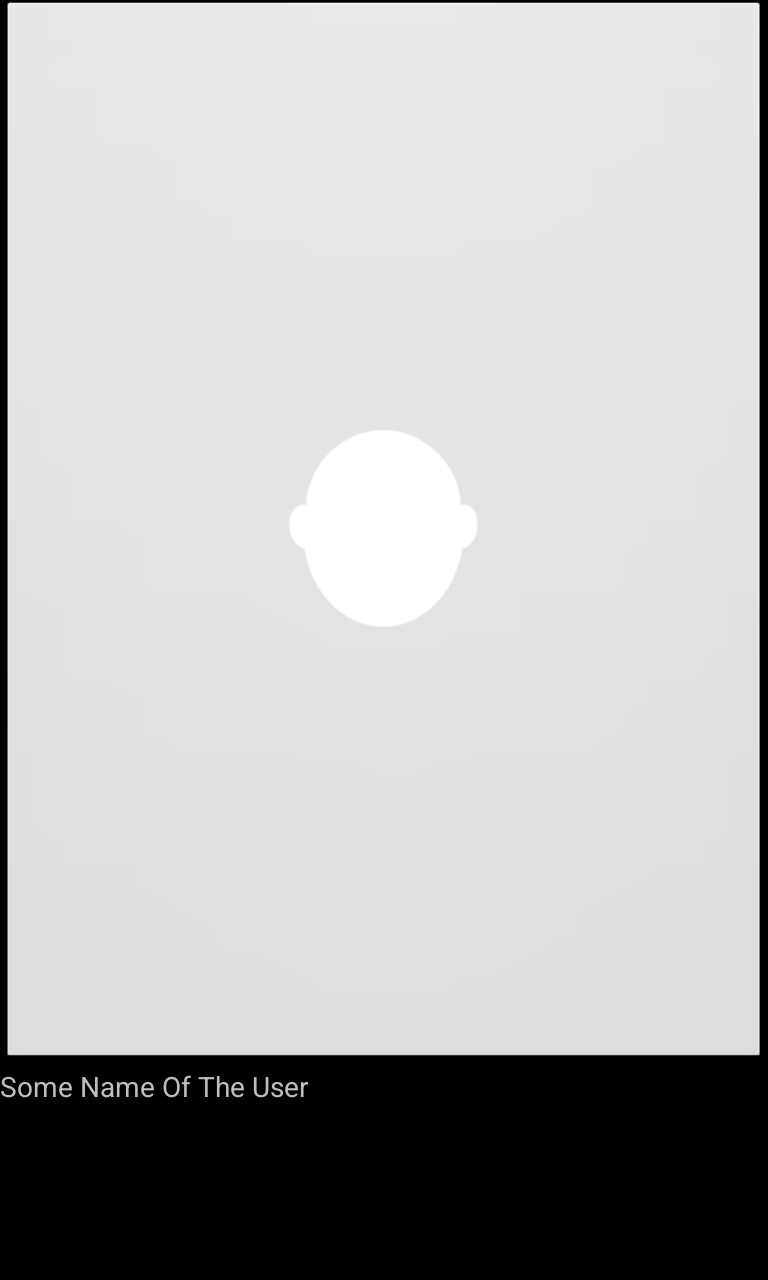
Repository: aikuma/aikuma
Layout: BOLDApp/res/layout/camera.xml
The author's editor kept a copy of each file at every save. The layout is drawn from the files as they stood at one save, then again after the next save.
It is drawn on a 768 x 1280 px phone screen (xhdpi) without system bars, with theme android:Theme; the app's code is not run.

Above is the layout before, as saved 2011-07-29 09:14:01.

### BOLDApp/res/layout/camera.xml
<?xml version="1.0" encoding="utf-8"?>
<LinearLayout xmlns:android="http://schemas.android.com/apk/res/android"
    android:layout_width="fill_parent"
    android:orientation="vertical" android:baselineAligned="false" android:layout_height="wrap_content">
    <ImageButton android:layout_width="match_parent" android:layout_height="match_parent" android:layout_weight="1" android:id="@+id/userImageButton" android:src="@drawable/unknown_user" android:scaleType="centerInside"></ImageButton>
    <TextView android:layout_width="match_parent" android:layout_height="match_parent" android:layout_weight="5" android:id="@+id/userText" android:text="Some Name Of The User"></TextView>
</LinearLayout>

After the next save:
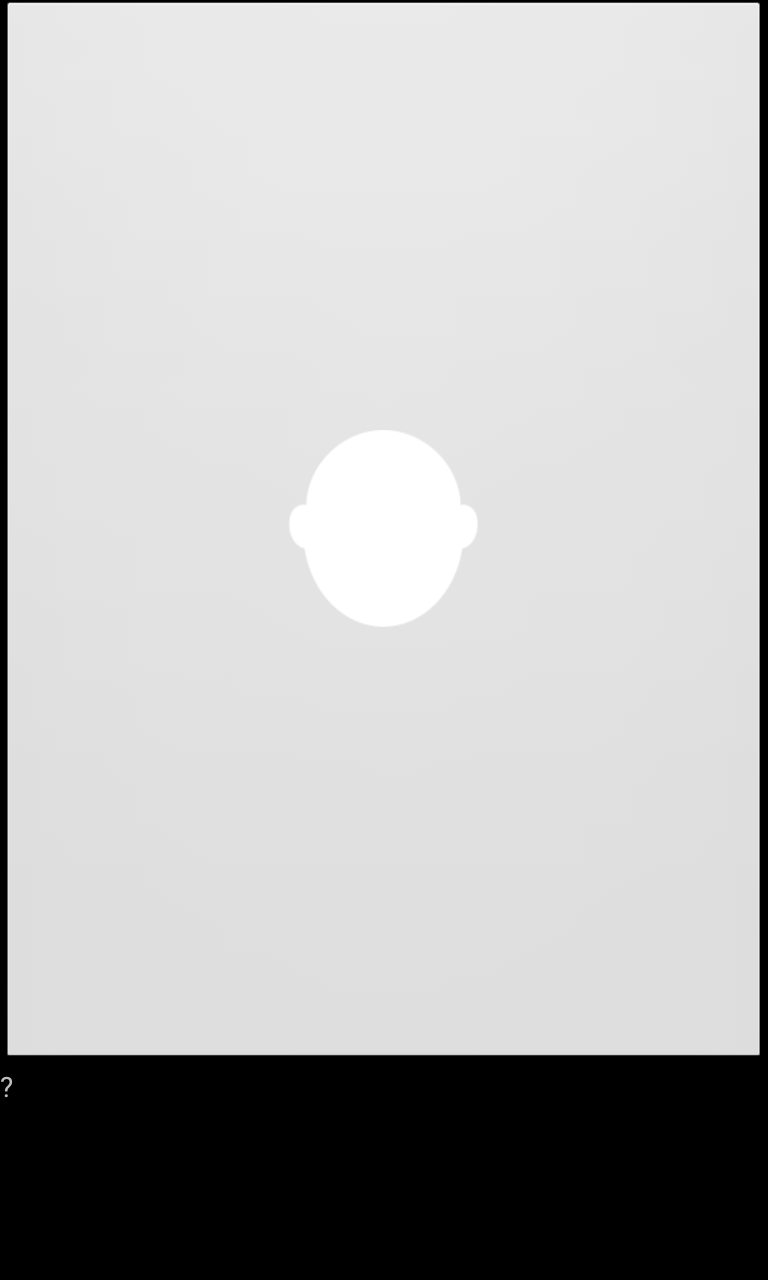
Saved 2 days later.
--- a/BOLDApp/res/layout/camera.xml
+++ b/BOLDApp/res/layout/camera.xml
@@ -3,5 +3,5 @@
     android:layout_width="fill_parent"
     android:orientation="vertical" android:baselineAligned="false" android:layout_height="wrap_content">
     <ImageButton android:layout_width="match_parent" android:layout_height="match_parent" android:layout_weight="1" android:id="@+id/userImageButton" android:src="@drawable/unknown_user" android:scaleType="centerInside"></ImageButton>
-    <TextView android:layout_width="match_parent" android:layout_height="match_parent" android:layout_weight="5" android:id="@+id/userText" android:text="Some Name Of The User"></TextView>
+    <TextView android:layout_width="match_parent" android:layout_height="match_parent" android:layout_weight="5" android:id="@+id/userText" android:text="?"></TextView>
 </LinearLayout>
